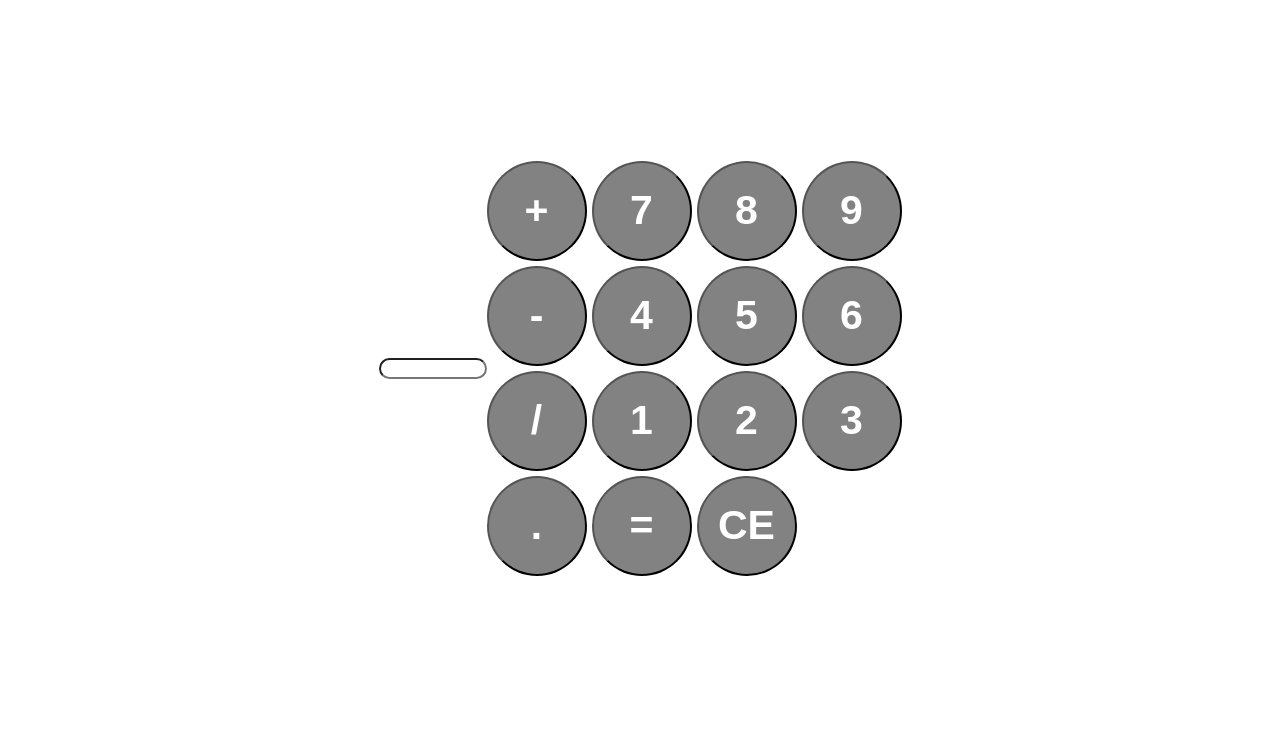
Repository: rkrukshan/JS-Calculator
Page: index.html
These files come from the project's save history. The page is drawn as it stood at one moment and after the next save; the edit follows.
The browser window is 1280 px wide. The pictures show the whole page.

Above is the page before, as saved 2024-09-02 13:31:23.

After the next save:
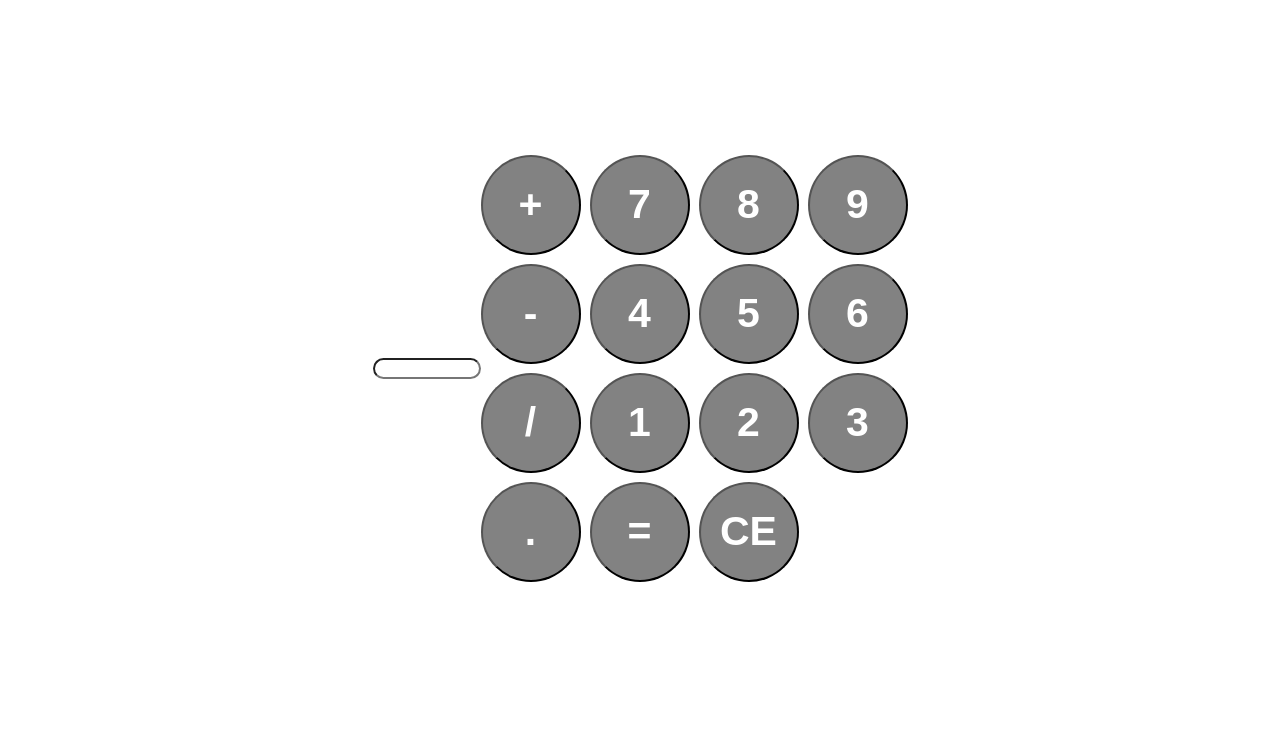
Saved 6 s later.
--- a/style.css
+++ b/style.css
@@ -13,7 +13,7 @@
 #buttons {
   display: grid;
   grid-template-columns: repeat(4, 1fr);
-  gap: 5px;
+  gap: 9px;
 }
 button{
     width: 100px;
